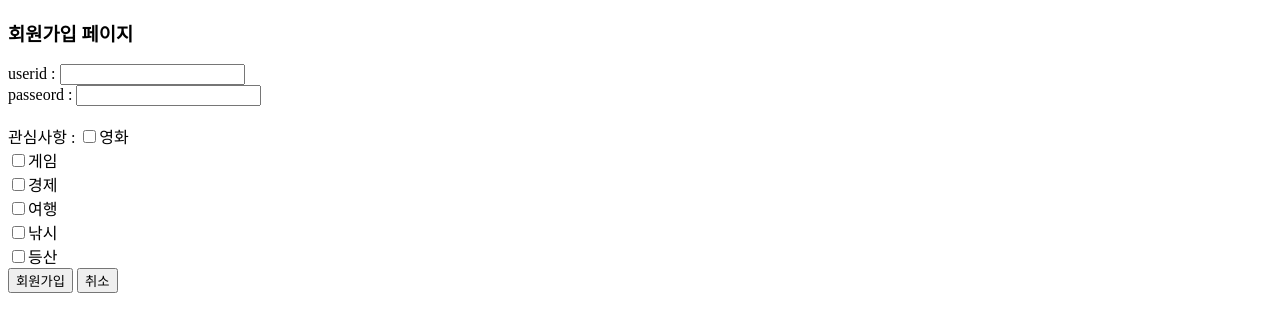
Repository: PARKJONGSUN88/multicampus_study
Page: 3-7. jsp, servletStudy Study/1. 실습/workspace2/web1/WebContent/memberform.html
These files come from the project's save history. The page is drawn as it stood at one moment and after the next save; the edit follows.
The browser window is 1280 px wide. The pictures show the whole page.

Above is the page before, as saved 2019-06-27 02:05:43.

### 3-7. jsp, servletStudy Study/1. 실습/workspace2/web1/WebContent/memberform.html
<!DOCTYPE html>
<html>
<head>
<meta charset="EUC-KR">
<title>Insert title here</title>
</head>
<body>
<h3>회원가입 페이지</h3>
<form id ="f1" action="join" method="post" >
userid : <input type="text" name="userid" ><br>
passeord : <input type="password" name="userpwd" ><br>
	<input type="hidden" name="address" value="서율" ><br>
관심사항 : <input type="checkbox" name="interest" value="영화">영화<br>
		<input type="checkbox" name="interest" value="게임">게임<br>
		<input type="checkbox" name="interest" value="경제">경제<br>
		<input type="checkbox" name="interest" value="여행">여행<br>
		<input type="checkbox" name="interest" value="낚시">낚시<br>
		<input type="checkbox" name="interest" value="등산">등산<br>
	 <input type="submit"   value="회원가입" >
  	<input type="reset"   value="취소" ><br>
</form>
</body>
</html>

After the next save:
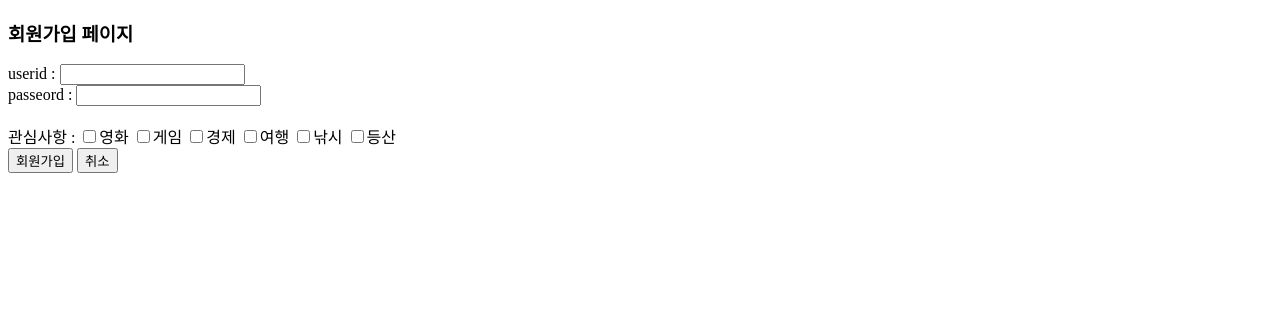
Saved 3 min 26 s later.
--- a/3-7. jsp, servletStudy Study/1. 실습/workspace2/web1/WebContent/memberform.html
+++ b/3-7. jsp, servletStudy Study/1. 실습/workspace2/web1/WebContent/memberform.html
@@ -10,11 +10,11 @@
 userid : <input type="text" name="userid" ><br>
 passeord : <input type="password" name="userpwd" ><br>
 	<input type="hidden" name="address" value="서율" ><br>
-관심사항 : <input type="checkbox" name="interest" value="영화">영화<br>
-		<input type="checkbox" name="interest" value="게임">게임<br>
-		<input type="checkbox" name="interest" value="경제">경제<br>
-		<input type="checkbox" name="interest" value="여행">여행<br>
-		<input type="checkbox" name="interest" value="낚시">낚시<br>
+관심사항 : <input type="checkbox" name="interest" value="영화">영화
+		<input type="checkbox" name="interest" value="게임">게임
+		<input type="checkbox" name="interest" value="경제">경제
+		<input type="checkbox" name="interest" value="여행">여행
+		<input type="checkbox" name="interest" value="낚시">낚시
 		<input type="checkbox" name="interest" value="등산">등산<br>
 	 <input type="submit"   value="회원가입" >
   	<input type="reset"   value="취소" ><br>
